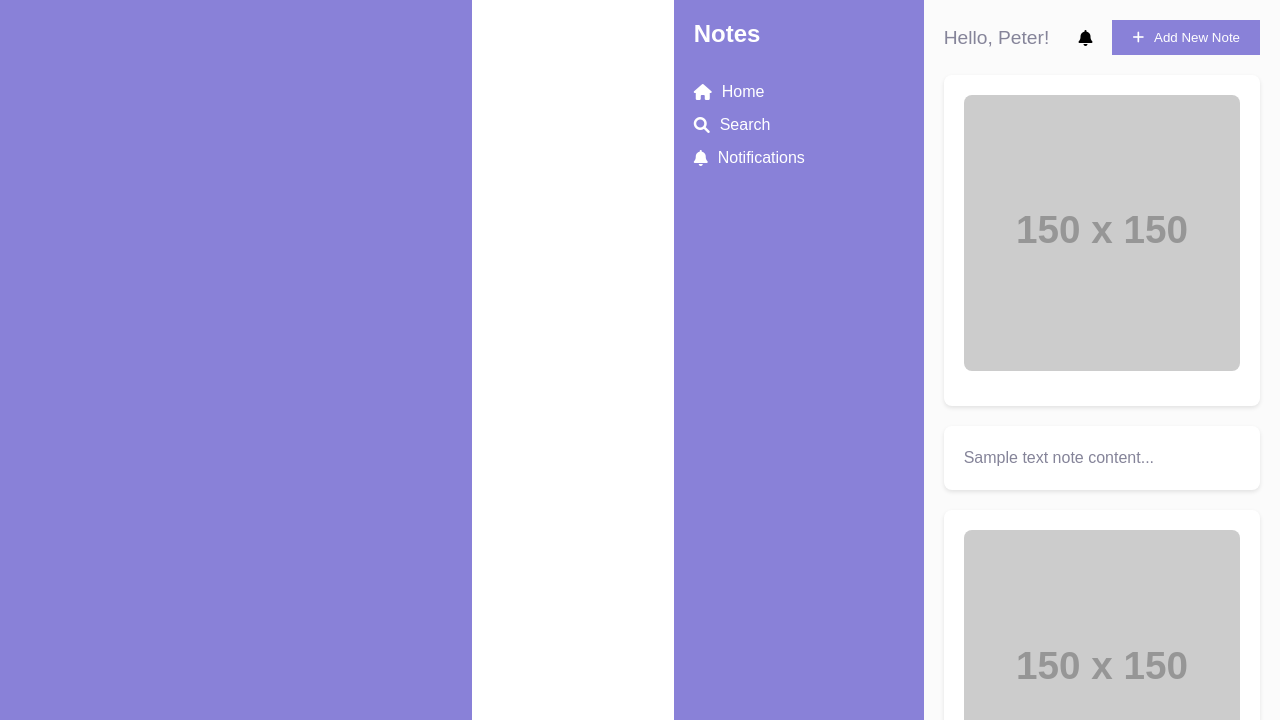
Repository: SatenikGabrielyan/HTML_CSS-_Assignment
Page: index.html
An editor plug-in stored every save of this project. The page is shown before and after a run of saves, followed by the edit.
The browser window is 1280 px wide. The pictures show the whole page.

Above is the page before, as saved 2025-03-16 23:53:57.

### index.html
<!DOCTYPE html>
<html lang="en">
  <head>
    <meta charset="UTF-8" />
    <meta name="viewport" content="width=device-width, initial-scale=1.0" />
    <title>Notes App</title>
    <link rel="stylesheet" href="./style.css" />
    <!-- Include Font Awesome for icons -->
    <link href="https://cdnjs.cloudflare.com/ajax/libs/font-awesome/6.0.0-beta3/css/all.min.css" rel="stylesheet"/>
  </head>
  <body>
      <div class="cont">
          <div class="purp"></div>
          <div class="whit"></div>
      </div>
    <div class="container">
      <!-- Sidebar -->
      <nav class="sidebar">
        <div class="sidebar-header">
          <h2>Notes</h2>
        </div>
        <ul class="sidebar-list">
          <li><i class="fas fa-home"></i> Home</li>
          <li><i class="fas fa-search"></i> Search</li>
          <li><i class="fas fa-bell"></i> Notifications</li>
        </ul>
      </nav>
      <!-- Main Content -->
      <main class="main-content">
        <header>
          <div class="header-left">
            <p>Hello, Peter!</p>
          </div>
          <div class="header-right">
            <i class="fas fa-bell"></i>
            <button class="add-note-btn">
              <i class="fas fa-plus"></i> Add New Note
            </button>
          </div>
        </header>
        <section class="notes-grid">
          <!-- Note Item -->
          <div class="note-item image-note">
            <img src="https://via.placeholder.com/150" alt="Note Image" />
          </div>
          <!-- Note Item -->
          <div class="note-item text-note">
            <p>Sample text note content...</p>
          </div>
          <!-- Note Item -->
          <div class="note-item mixed-note">
            <img src="https://via.placeholder.com/150" alt="Note Image" />
            <p>Sample mixed note content...</p>
          </div>
          <!-- Additional notes can be added similarly -->
        </section>
      </main>
    </div>
  </body>
</html>

### style.css
/* CSS Variables for Colors */
:root {
    --bg-color: #fbfbfb;
    --primary-color: #8981d8;
    --secondary-color: #d0d0d0;
    --text-color: #858499;
    --highlight-color: #7f77cc;
    --hover-color: rgba(137, 129, 216, 0.5);
  }

  /* General Reset */
  * {
    margin: 0;
    padding: 0;
    box-sizing: border-box;
  }

  body {
    font-family: Arial, sans-serif;
    background-color: var(--bg-color);
    display: flex;
    height: 100vh;
  }
  .cont{
      display: flex;
      width: 100%;
      z-index: -1;
  }
.purp {
    width: 70%;
    background-color: var(--primary-color);
    flex-direction: row;
}
.whit {
    width: 30%;
    background-color: white;
    flex-direction: row;
}
  .container {
    display: flex;
    width: 90%;
    background: center;
  }

  /* Sidebar Styling */
  .sidebar {
    width: 250px;
    background-color: var(--primary-color);
    color: #fff;
    display: flex;
    flex-direction: column;
    padding: 20px;
  }

  .sidebar-header h2 {
    margin-bottom: 20px;
  }

  .sidebar-list {
    list-style: none;
  }

  .sidebar-list li {
    margin: 15px 0;
    display: flex;
    align-items: center;
    cursor: pointer;
  }

  .sidebar-list li i {
    margin-right: 10px;
  }

  /* Main Content Styling */
  .main-content {
    flex-grow: 1;
    padding: 20px;
    overflow-y: auto;
  }

  header {
    display: flex;
    justify-content: space-between;
    align-items: center;
    margin-bottom: 20px;
  }

  .header-left p {
    font-size: 1.2em;
    color: var(--text-color);
  }

  .header-right {
    display: flex;
    align-items: center;
  }

  .header-right i {
    margin-right: 20px;
    cursor: pointer;
  }

  .add-note-btn {
    background-color: var(--primary-color);
    color: #fff;
    border: none;
    padding: 10px 20px;
    cursor: pointer;
    display: flex;
    align-items: center;
  }

  .add-note-btn i {
    margin-right: 10px;
  }

  /* Notes Grid Styling */
  .notes-grid {
    display: grid;
    grid-template-columns: repeat(auto-fill, minmax(300px, 1fr));
    gap: 20px;
  }

  .note-item {
    background-color: #fff;
    border-radius: 8px;
    box-shadow: 0 2px 4px rgba(0, 0, 0, 0.1);
    overflow: hidden;
    display: flex;
    flex-direction: column;
    padding: 20px;
  }

  .note-item img {
    width: 100%;
    height: auto;
    border-radius: 8px;
    margin-bottom: 15px;
  }

  .note-item p {
    color: var(--text-color);
    font-size: 1em;
    line-height: 1.5;
  }

  /* Hover Effect for Filter Buttons */
  .sidebar-list li:hover {
    background-color: var(--highlight-color);
    transition: background-color 0.3s ease;
  }

  /* Mobile Responsiveness */
  @media (max-width: 768px) {
    .container {
      flex-direction: column;
    }

    .sidebar {
      width: 100%;
      flex-direction: row;
      justify-content: space-around;
      padding: 10px;
    }

    .sidebar-list {
      display: flex;
      flex-direction: row;
      gap: 15px;
    }

    .sidebar-list li {
      margin: 0;
    }

    .main-content {
      padding: 10px;
    }

    header {
      flex-direction: column;
      align-items: flex-start;
    }

    .header-right {
      margin-top: 10px;
    }

    .notes-grid {
      grid-template-columns: 1fr;
    }

    .note-item {
      padding: 10px;
    }

    .note-item img {
      margin-bottom: 10px;
    }
  }

After the next 4 saves:
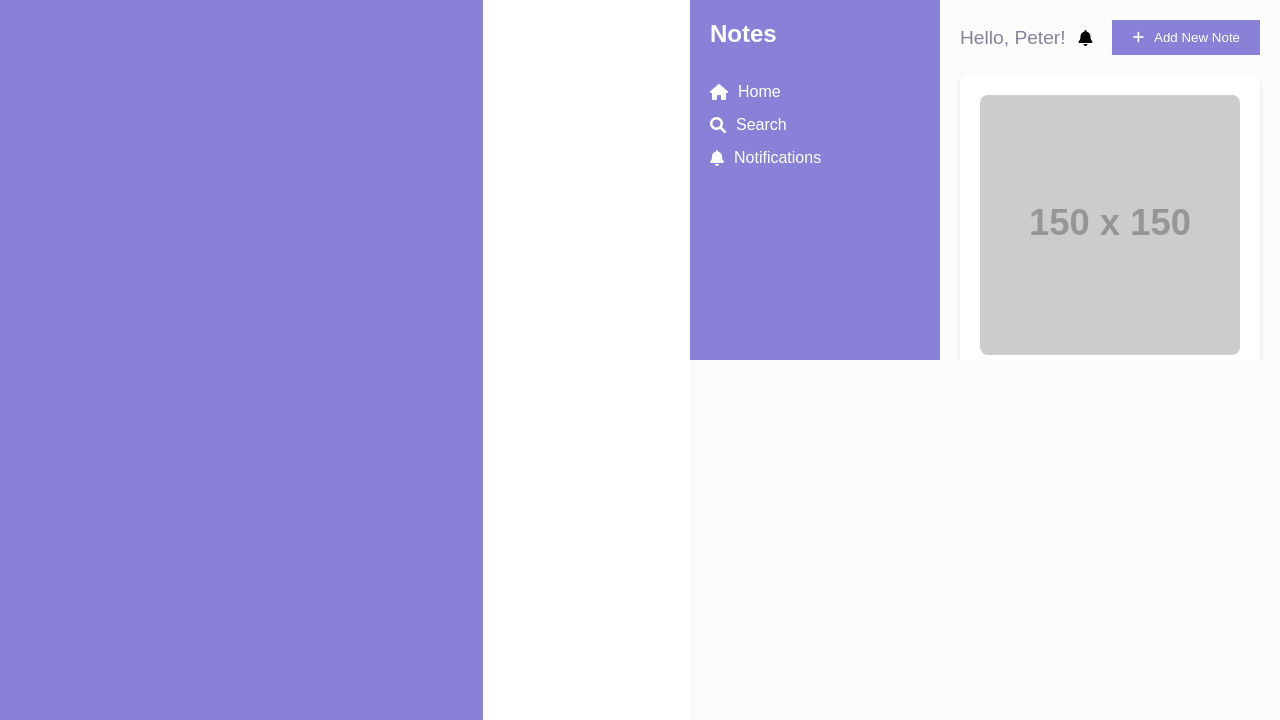
The 4 saves are shown as one change because they came seconds apart.
The last was saved 15 s later.
--- a/style.css
+++ b/style.css
@@ -38,7 +38,8 @@
 }
   .container {
     display: flex;
-    width: 90%;
+    width: 50%;
+    height: 50%;
     background: center;
   }
 
